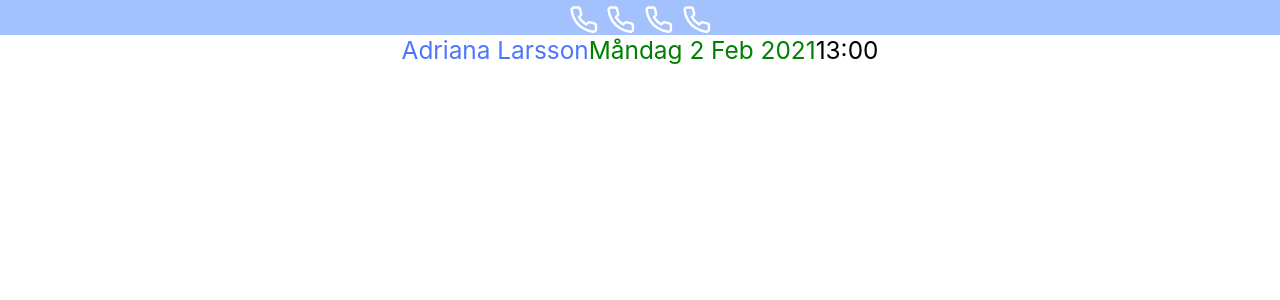
Repository: AdrianaLarsson/learning-react-adriana
Page: /
These files come from the project's save history. The page is drawn as it stood at one moment and after the next save; the edit follows.
The browser window is 1280 px wide. The pictures show the whole page.
The project was rebuilt for these pictures with package versions that can differ from the ones it lists, and the page was loaded fresh each time. Also part of the build but not shown: src/components/pixiLearn/pixi-learning.js, src/components/pixiLearn/reactTimline/timelinegant.js.

Above is the page before, as saved 2021-02-17 13:37:31.

### src/App.js
import './App.css';
import PixiLearning from './components/pixiLearn/pixi-learning'
import TimeLineGant from './components/pixiLearn/reactTimline/timelinegant'
import SjWaypoint from './components/pixiLearn/waypoint-mobile/sjwaypiont'

function App() {
  return (
    <div className="App">
      <header className="App-header">
       {/*  <TimeLineGant/> */}

           {/*   <PixiLearning/> */}
           <SjWaypoint/>
      </header>
    </div>
  );
}

export default App;

### src/App.css
.App {
  text-align: center;
}

.navbar {
  background-color: #a2c1fd;
  height: 30px;
  padding-top: 5px;
  display: flex;
  flex-direction: column;
  align-items: center;
  font-size: calc(15px + 2vmin);
  color: white;
}
.box{
  background-color: #ffffff;
  height: 30px;
  padding-top: 5px;
  display: flex;
  flex-direction: column;
  align-items: center;
  font-size: calc(10px + 2vmin);
  color: rgb(0, 0, 0);
  display: inline;
  flex-direction: row;
}
.name{
  position: ;
  display: inline-flex;
  color: rgb(77, 118, 255);
}
.date{
  display: inline-flex;
  color: green;
}
.time{
  display: inline-flex;
  color: black;
}

/* .App {
  text-align: center;
}

.App-logo {
  height: 40vmin;
  pointer-events: none;
}

@media (prefers-reduced-motion: no-preference) {
  .App-logo {
    animation: App-logo-spin infinite 20s linear;
  }
}

.App-header {
  background-color: #282c34;
  min-height: 100vh;
  display: flex;
  flex-direction: column;
  align-items: center;
  justify-content: center;
  font-size: calc(10px + 2vmin);
  color: white;
}

.App-link {
  color: #61dafb;
}

@keyframes App-logo-spin {
  from {
    transform: rotate(0deg);
  }
  to {
    transform: rotate(360deg);
  }
}
 */

### src/components/pixiLearn/waypoint-mobile/sjwaypiont.js
import React from 'react'
import Navbaren from './navbaren'
import BoxNameDayTime from './box-name-day-time'

function sjwaypiont() {
    return (
        <div>
          <Navbaren/>
            <BoxNameDayTime/>
        </div>
    )
}

export default sjwaypiont

### src/components/pixiLearn/waypoint-mobile/navbaren.js
import React from 'react'
import { FiPhone } from "react-icons/fi";


function navbaren() {
    return (
      <div className="navbar">
          <div className="navbar-container container">
           <FiPhone /> <FiPhone /> <FiPhone /> <FiPhone />
          </div>

      </div>
    )
}

export default navbaren

### src/components/pixiLearn/waypoint-mobile/box-name-day-time.js
import React from 'react'
import Container from "react-bootstrap/Container";
import Row from "react-bootstrap/Row";
import Col from "react-bootstrap/Col"

function boxNameDayTime() {
    return (
<Container className="box">
  <Row>
    <Col className="name">Adriana Larsson</Col>
    <Col className="date">Måndag 2 Feb 2021</Col>
    <Col className="time">13:00</Col>
  </Row>
</Container>

    )
}

export default boxNameDayTime;

Loaded but not shown: public/index.html (common file); src/index.js (common file); src/index.css (common file); src/reportWebVitals.js (common file)

After the next save:
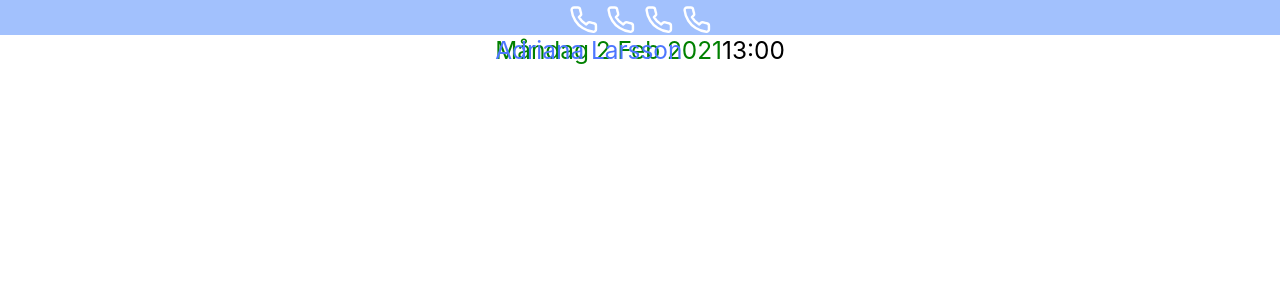
Saved 6 s later.
--- a/src/App.css
+++ b/src/App.css
@@ -25,7 +25,7 @@
   flex-direction: row;
 }
 .name{
-  position: ;
+  position: absolute;
   display: inline-flex;
   color: rgb(77, 118, 255);
 }

After the 2 saves that followed:
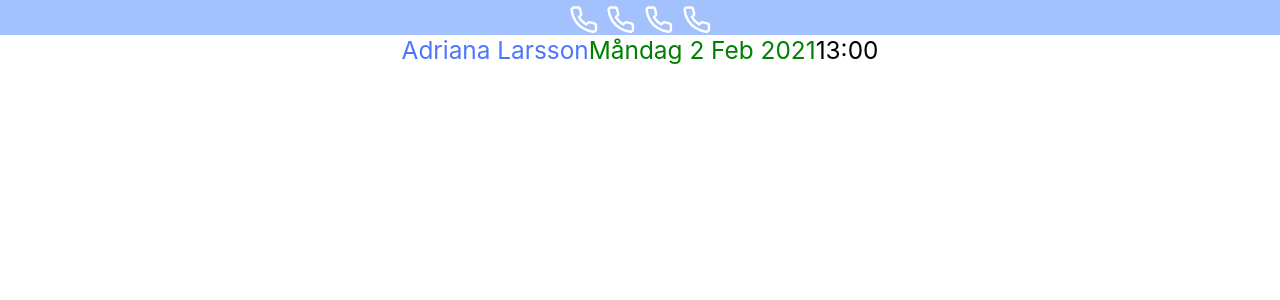
The 2 saves are shown as one change because they came seconds apart.
The last was saved 8 s later.
--- a/src/App.css
+++ b/src/App.css
@@ -25,7 +25,7 @@
   flex-direction: row;
 }
 .name{
-  position: absolute;
+  position: ;
   display: inline-flex;
   color: rgb(77, 118, 255);
 }
